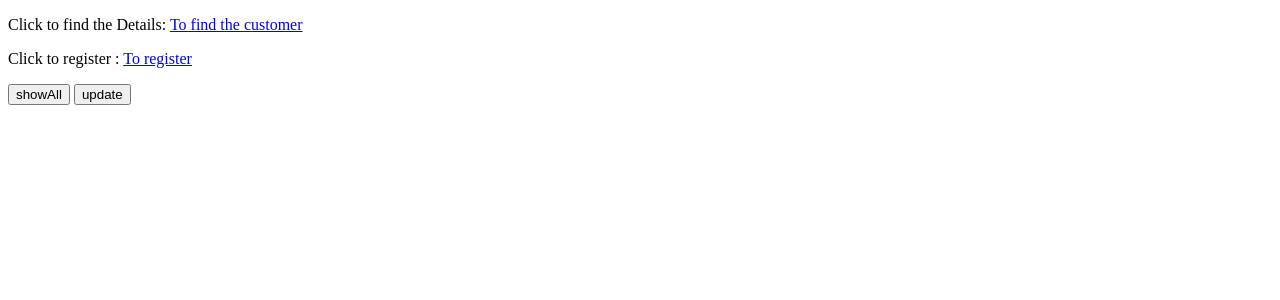
Repository: IshaMhashete/workspace2
Page: Hiber_Web/src/main/webapp/Option.html
These files come from the project's save history. The page is drawn as it stood at one moment and after the next save; the edit follows.
The browser window is 1280 px wide. The pictures show the whole page.

Above is the page before, as saved 2019-12-07 12:06:09.

After the next save:
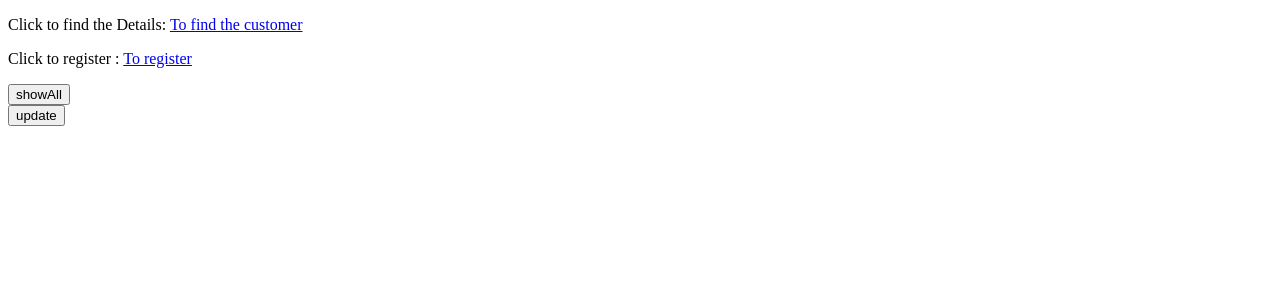
Saved 43 s later.
--- a/Hiber_Web/src/main/webapp/Option.html
+++ b/Hiber_Web/src/main/webapp/Option.html
@@ -8,7 +8,9 @@
 <p>Click to find the Details: <a href="Find_Customer.html">To find the customer</a></p>
 <p>Click to register : <a href="Hi.html">To register</a></p>
 <input type="submit" value="showAll">
-<input type="submit" value="update">
+
 </form>
+<form action="hey"><input type="submit" value="update"></form>
+
 </body>
 </html>
